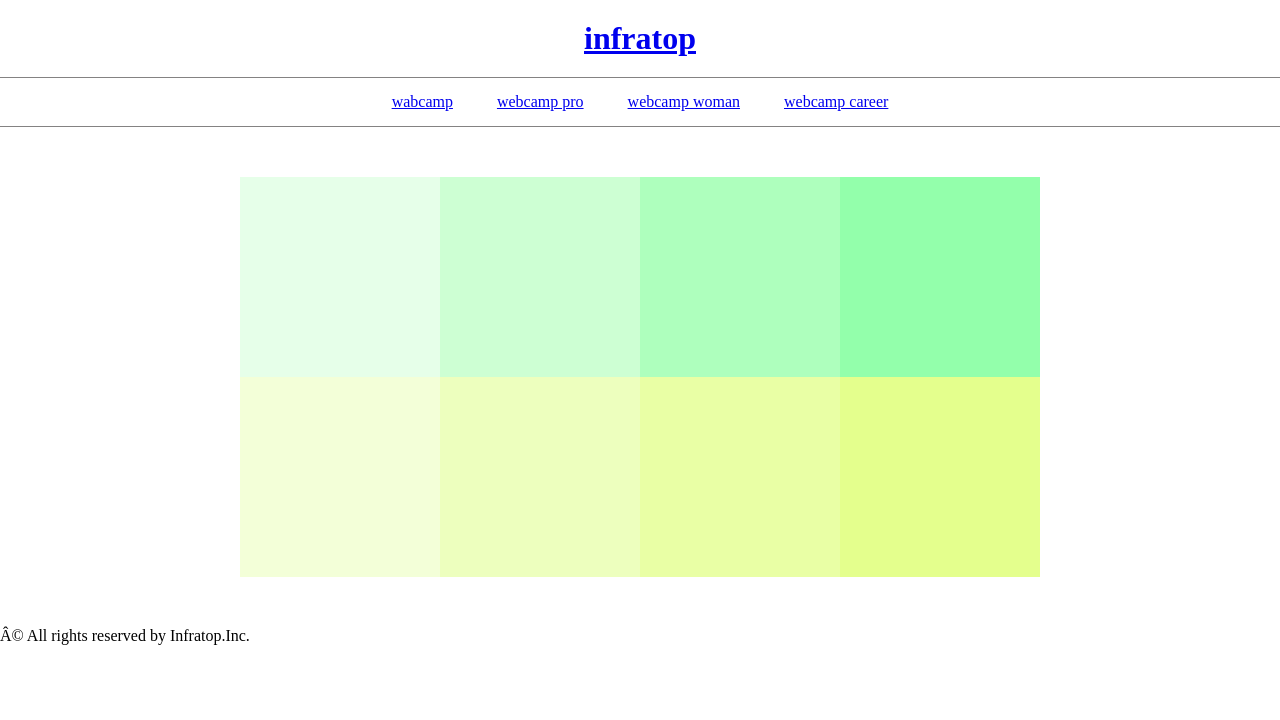
Repository: dsjanainoyo/html
Page: capter5.exercise/capter5.exercise.html
The author's editor kept a record of every edit. The page is drawn from the files as they stood at one moment, then again after the next edit.
The browser window is 1280 px wide. The pictures show the whole page.

Above is the page before.

After the next edit:
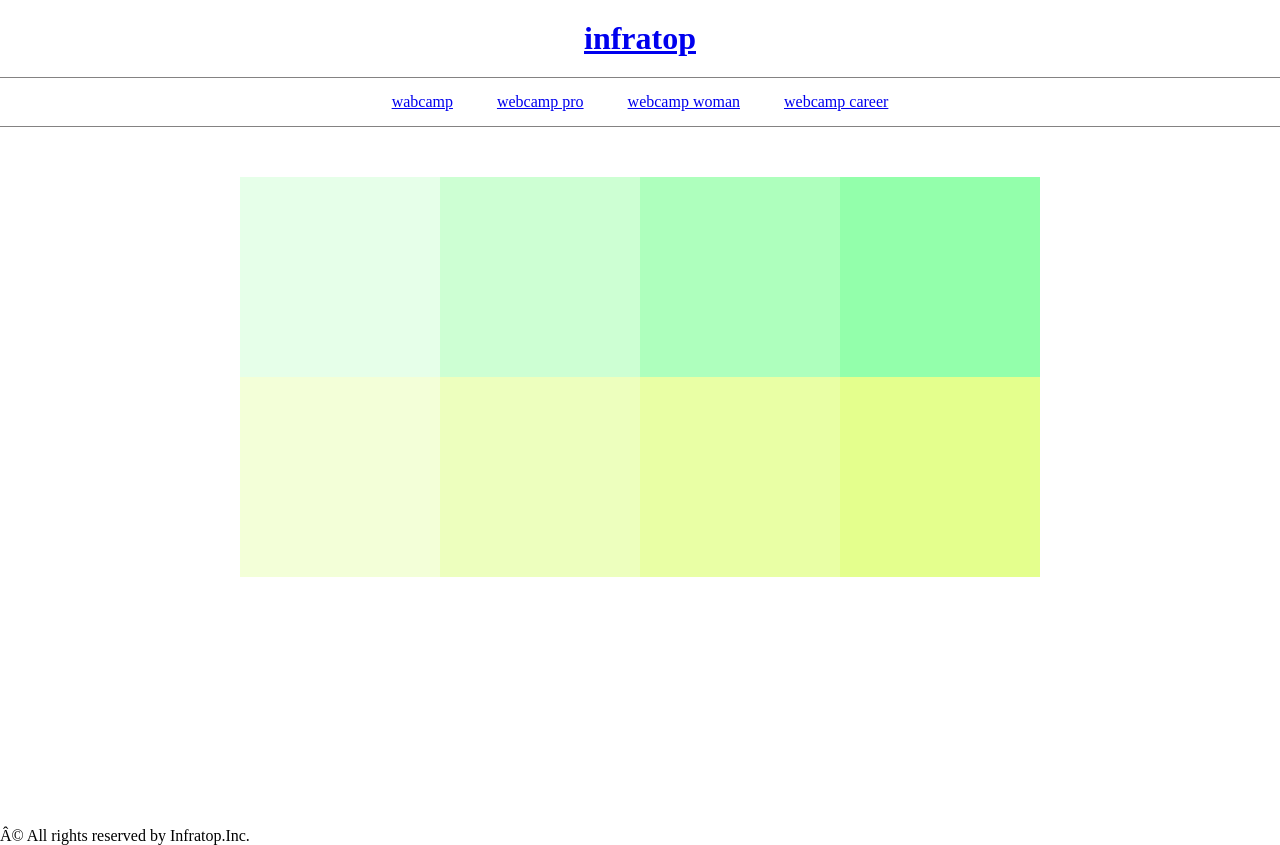
The edit:
--- a/capter5.exercise/capter5.exercise.css
+++ b/capter5.exercise/capter5.exercise.css
@@ -80,7 +80,7 @@
   background-color:#e4ff8d;
 }
 
-.box1{
+.box9{
   width:200px;
   height:200px;
   background-color:;
